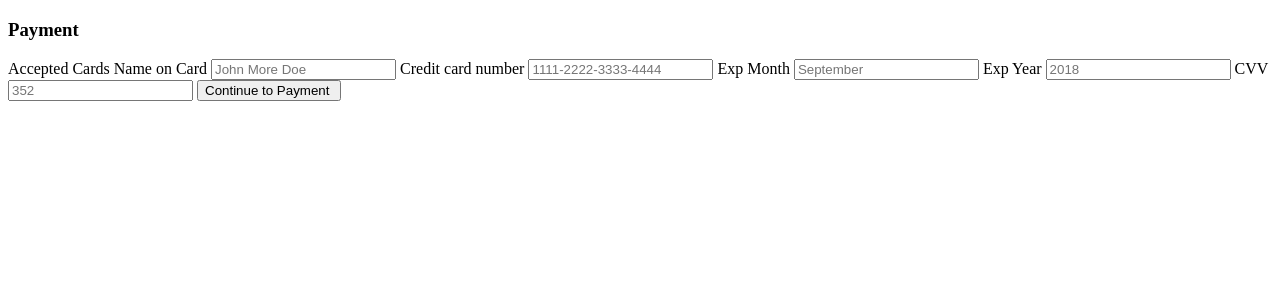
Repository: Shivani2392/FlyAwayProject
Page: http://localhost/FlightBookingPortal/Payement.jsp
These files come from the project's save history. The page is drawn as it stood at one moment and after the next save; the edit follows.
The browser window is 1280 px wide. The pictures show the whole page.
The page is served by Tomcat 9. Other server files are loaded and not shown.

Above is the page before, as saved 2020-11-21 15:19:07.

### FlightBookingPortal/src/main/webapp/Payement.jsp
<%@ page language="java" contentType="text/html; charset=ISO-8859-1"
    pageEncoding="ISO-8859-1"%>
<!DOCTYPE html>
<html>
<head>
<meta charset="ISO-8859-1">
<title>Enter your Payment Details</title>


</head>
<body>
          <form action="PaymentService" method="post">
            <h3>Payment</h3>
            <label for="fname">Accepted Cards</label>
            <label for="cname">Name on Card</label>
            <input type="text" id="cname" name="cardname" placeholder="John More Doe">
            <label for="ccnum">Credit card number</label>
            <input type="text" id="ccnum" name="cardnumber" placeholder="1111-2222-3333-4444">
            <label for="expmonth">Exp Month</label>
            <input type="text" id="expmonth" name="expmonth" placeholder="September">

                <label for="expyear">Exp Year</label>
                <input type="text" id="expyear" name="expyear" placeholder="2018">

                <label for="cvv">CVV</label>
                <input type="text" id="cvv" name="cvv" placeholder="352">
        <input type="submit" value="Continue to Payment " class="btn">
      </form>

</body>
</html>

After the next save:
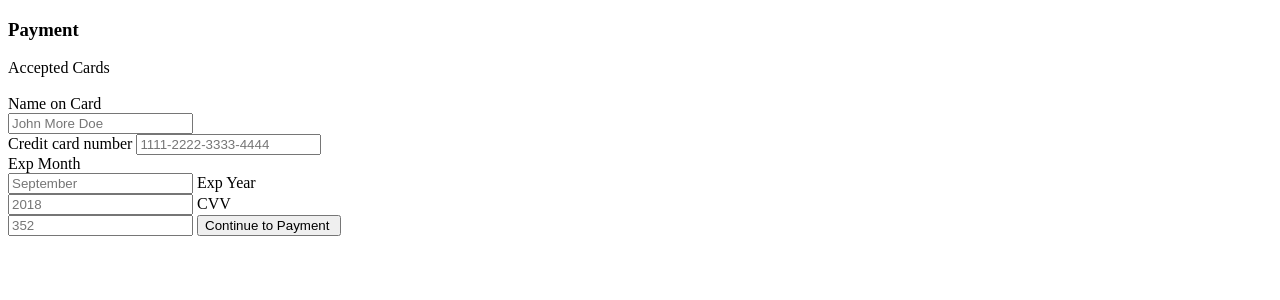
Saved 4 min 24 s later.
--- a/FlightBookingPortal/src/main/webapp/Payement.jsp
+++ b/FlightBookingPortal/src/main/webapp/Payement.jsp
@@ -11,18 +11,18 @@
 <body>
           <form action="PaymentService" method="post">
             <h3>Payment</h3>
-            <label for="fname">Accepted Cards</label>
-            <label for="cname">Name on Card</label>
-            <input type="text" id="cname" name="cardname" placeholder="John More Doe">
+            <label for="fname">Accepted Cards</label> <br><br>
+            <label for="cname">Name on Card</label><br>
+            <input type="text" id="cname" name="cardname" placeholder="John More Doe"><br>
             <label for="ccnum">Credit card number</label>
-            <input type="text" id="ccnum" name="cardnumber" placeholder="1111-2222-3333-4444">
-            <label for="expmonth">Exp Month</label>
+            <input type="text" id="ccnum" name="cardnumber" placeholder="1111-2222-3333-4444"><br>
+            <label for="expmonth">Exp Month</label><br>
             <input type="text" id="expmonth" name="expmonth" placeholder="September">
 
-                <label for="expyear">Exp Year</label>
+                <label for="expyear">Exp Year</label><br>
                 <input type="text" id="expyear" name="expyear" placeholder="2018">
 
-                <label for="cvv">CVV</label>
+                <label for="cvv">CVV</label><br>
                 <input type="text" id="cvv" name="cvv" placeholder="352">
         <input type="submit" value="Continue to Payment " class="btn">
       </form>
